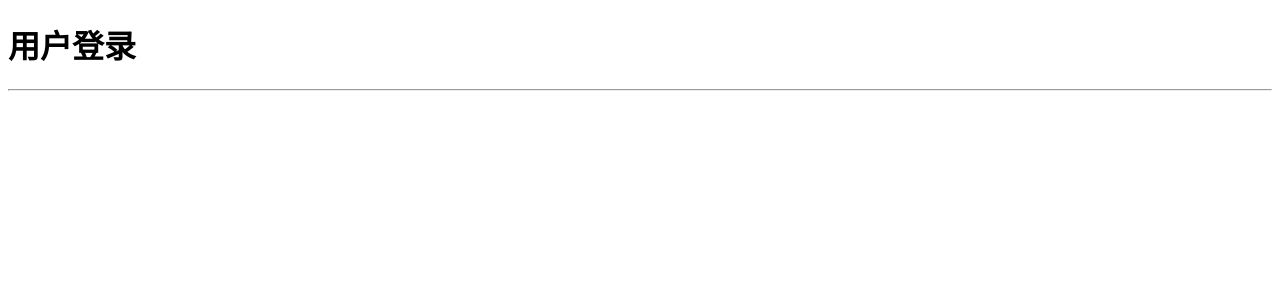
Repository: chengshide/Servlet
Page: http://localhost/JavabeansDemo1/login.jsp
An editor plug-in stored every save of this project. The page is shown before and after the next save, followed by the edit.
The browser window is 1280 px wide. The pictures show the whole page.
The page is served by Tomcat 9.

Above is the page before, as saved 2020-05-13 21:51:17.

After the next save:
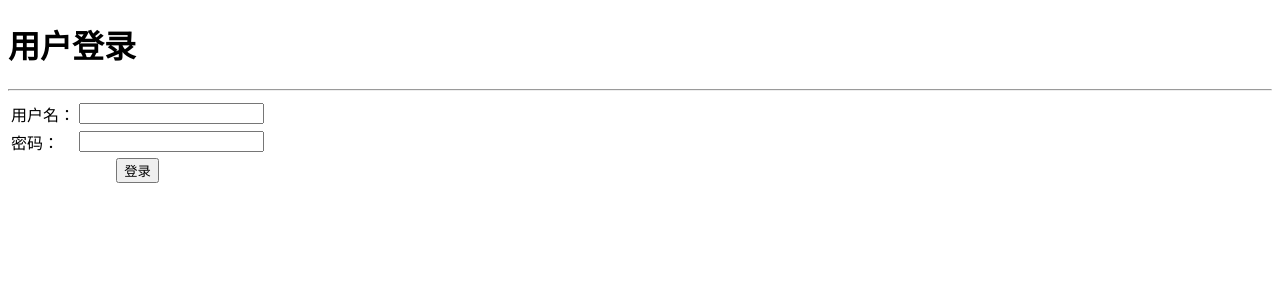
Saved 5 min 48 s later.
--- a/eclipseworlk/JavabeansDemo1/WebContent/login.jsp
+++ b/eclipseworlk/JavabeansDemo1/WebContent/login.jsp
@@ -12,16 +12,15 @@
   <form action="">
      <table>
        <tr>
-         <td></td>
-         <td></td>
+         <td>用户名：</td>
+         <td><input type="text" name="username" value=""></td>
        </tr>
        <tr>
-         <td></td>
-         <td></td>
+         <td>密码：</td>
+         <td><input type="password" name="password" value=""></td>
        </tr>
        <tr>
-         <td></td>
-         <td></td>
+         <td colspan="2" align="center"><input type="submit" value="登录"></td>
        </tr>
      </table>
   </form>
